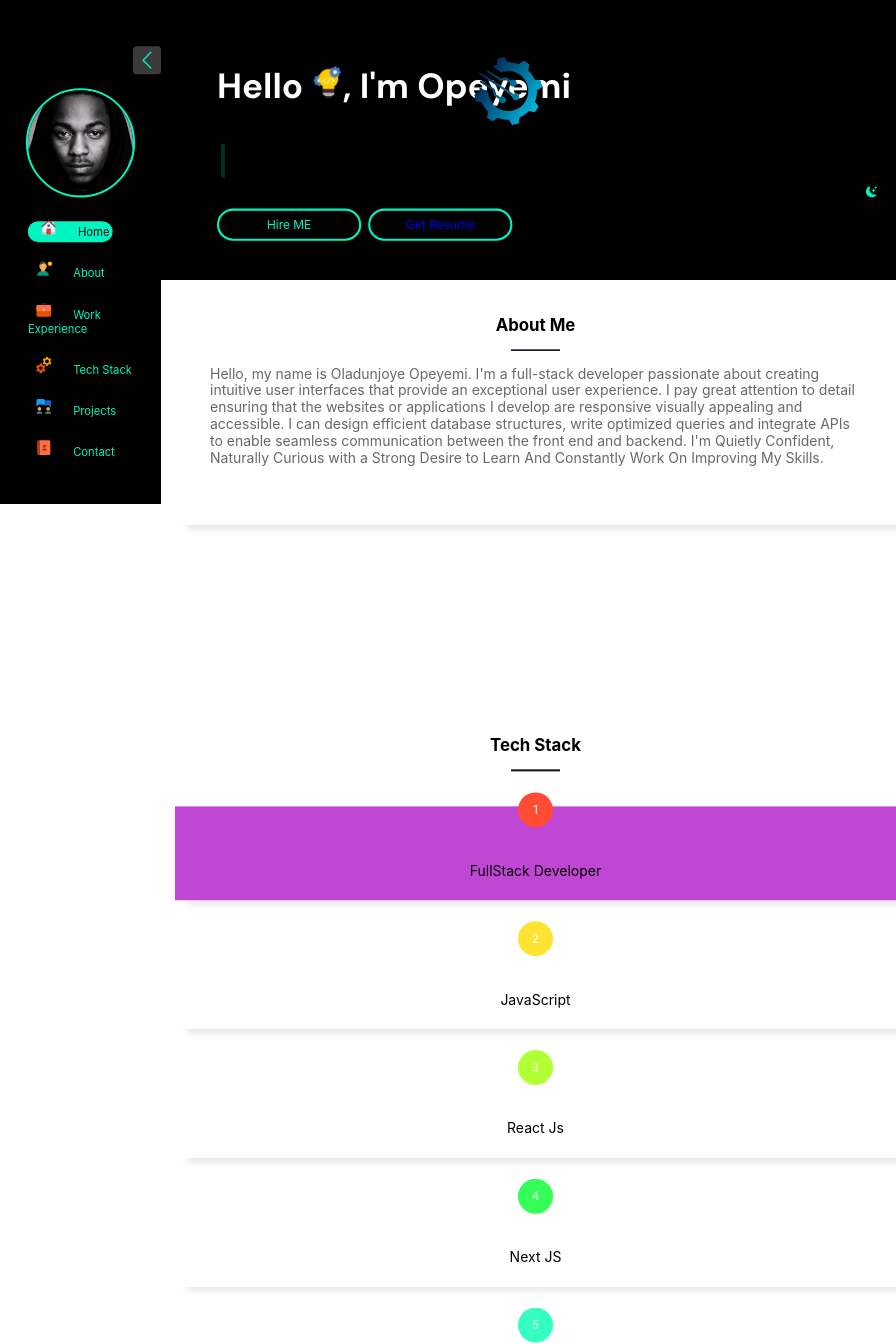
Repository: Laoye99/portfolio
Page: /
These files come from the project's save history. The page is drawn as it stood at one moment and after the next save; the edit follows.
The browser window is 1280 px wide. The pictures show the part of the page from y = 0 to 1920 px (the page is 2877 px tall), at 70% of full size.
The project was rebuilt for these pictures with package versions that can differ from the ones it lists, and the page was loaded fresh each time. Imported but missing from the stored project, and not drawn on this page: src/components/Home/MyResume.pdf.

Above is the page before, as saved 2024-02-15 15:00:44.

### src/App.js
import './App.css';
import { createContext, useState } from 'react';
import ScrollToTop from 'react-scroll-to-top';
import Navbar from './components/SideNav/Navbar';
import Sidebar from './components/SideNav/Sidebar';
import About from './components/About/About';
import TechStack from './components/TechStack/TechStack';

export const ThemeContext = createContext(null);

const App = () => {
  const [theme, setTheme] = useState("light");

  const changeTheme = () => {
    setTheme((prev) => (prev === "light" ? "dark" : "light"));
  };
  return (
    <ThemeContext.Provider value={{ theme, changeTheme }}>
    <div id={theme}>
    <Navbar/>
    <Sidebar changeTheme={changeTheme} theme={theme}/>
    <About/>
    <TechStack/>
    </div>
    <ScrollToTop
    top="200"
    smooth
    height="20"
    width="20"
    color="#00f5c0"
    style={{ borderRadius: "90px ", backgroundColor: "#000000" }}
    />
    </ThemeContext.Provider>
  );
}

export default App;

### src/App.css
::-webkit-scrollbar {
  width: 8px;
  height: auto;
}

::-webkit-scrollbar-track {
  box-shadow: inset 0 0 5px rgb(103, 100, 109);
}

::-webkit-scrollbar-thumb {
  background-color: #121b27;
  border-radius: 5px;
}

::-webkit-scrollbar-thumb:hover {
  background-color: rgba(189, 59, 210, 0.94);
}

#dark {
  background-color: #273746;
  color: #ffffff;
}

### src/components/SideNav/Navbar.js
import { useState } from "react";
import "./Navbar.css";
import {GiHamburgerMenu} from "react-icons/gi";
import { Link } from "react-scroll";
import {
    FcHome,
    FcBriefcase,
    FcContacts,
    FcServices,
    FcCollaboration,
    FcPortraitMode } from "react-icons/fc";

const Navbar = () => {
    const [open, setOpen] = useState(false);

    const handleClick = () => {
        setOpen(!open);
    };
    return(
        <div className="navbar">
        <div className="navbar-header">
        <p>
        <GiHamburgerMenu size={25} onClick={handleClick} />
        </p>
        </div>
        {open ? (
        <div className="nav">
        <ul>
        <li className="nav-item">
        <Link
        to="home"
        spy={true}
        smooth={true}
        duration={100}
        offset={-100}
        >
        <FcHome size={25}/>
        Home
        </Link>
        </li>
        <li className="nav-item">
        <Link
        to="about"
        spy={true}
        smooth={true}
        duration={100}
        offset={-100}
        >
        <FcPortraitMode size={25}/>
        About
        </Link>
        </li>
        <li className="nav-item">
        <Link
        to="project"
        spy={true}
        smooth={true}
        duration={100}
        offset={-100}
        >
        <FcBriefcase  size={25}/>
        Work Experience
        </Link>
        </li>
        <li className="nav-item">
        <Link
        to="stack"
        spy={true}
        smooth={true}
        duration={100}
        offset={-100}
        >
        <FcServices  size={25} />
        Tech Stack
        </Link>
        </li>
        <li className="nav-item">
        <Link
        to="project"
        spy={true}
        smooth={true}
        duration={100}
        offset={-100}
        >
        <FcCollaboration   size={25} />
        Projects
        </Link>
        </li>
        <li className="nav-item">
        <Link
        to="contact"
        spy={true}
        smooth={true}
        duration={100}
        offset={-100}
        >
        <FcContacts size={25}/>
        Contact
        </Link>
        </li>
        </ul>
        </div>
        ) : null}
        </div>
    );
};

export default Navbar;

### src/components/SideNav/Sidebar.js
import { useState } from "react";
import { BsChevronLeft, BsChevronRight } from "react-icons/bs";
import "./Sidebar.css";
import SidebarList from "./SidebarList";
import Home from "../Home/Home";


const Sidebar = ({ theme,changeTheme }) => {
    const [expandSidebar, setExpandSidebar] = useState(true);

    const handleExpandClick = () => {
        setExpandSidebar(!expandSidebar);
    };
    return(
        <div className="container-fluid sidebar-section">
        <div className={expandSidebar ? "sidebar-expand sidebar" : "sidebar"}>
        <div className="icon-sidebar">
        <p onClick={handleExpandClick}>
        {expandSidebar ? (
            <BsChevronLeft size={30} color="#00f5c0"/>
            ) : (
        <BsChevronRight size={30} color="#00f5c0"/>
            )}
        </p>
        </div>
        <SidebarList expandSidebar={expandSidebar} />
        </div>
        <div className="container-fluid">
          <Home changeTheme = {changeTheme} theme = {theme}/>
        </div>

        </div>
    );
};

export default Sidebar;

### src/components/About/About.js
import React from "react";
import ProfilePic from "../../Image/Screenshot (29).png";
import {Fade} from "react-awesome-reveal";
import {Flip} from "react-awesome-reveal";
import './About.css';
const About = () => {
    return(
        <div className="container about-section" id="about">
    <div className="row">
      <div className="col-xl-6 col-lg-6 col-md-12 col-sm-12">
        <div className="about-details">
          <Flip left>
            <div className="about-title">
              <h2>About Me</h2>
              <span className="line"></span>
            </div>
          </Flip>

          <Fade right>
            <p className="description">
              Hello, my name is Oladunjoye Opeyemi.
              I'm a full-stack developer
              passionate about creating intuitive
              user interfaces that provide
              an exceptional user experience.
              I pay great attention to detail
              ensuring that the websites or applications
              I develop are responsive
              visually appealing and accessible.
              I can design efficient database
              structures, write optimized queries
              and integrate APIs to enable
              seamless communication between
              the front end and backend.
              I'm Quietly Confident, Naturally Curious
               with a Strong Desire to
              Learn And Constantly Work On Improving My Skills.
            </p>
          </Fade>
        </div>
      </div>
    </div>
  </div>
    )
};

export default About;

### src/components/TechStack/TechStack.js
import React, { useState } from "react";
import "./TechStack.css";
import { Fade } from "react-awesome-reveal";
import { Zoom } from "react-awesome-reveal";


const TechStack = () => {
    const data = [
        {
          name: "FullStack Developer",
        },

        {
          name: "JavaScript",
        },
        {
          name: "React Js",
        },
        {
          name: "Next JS",
        },
        {
          name: "CSS",
        },
        {
          name: "HTML5",
        },
        {
          name: "BootStrap",
        },
        {
          name: "TailwindCSS",
        },
        {
          name: "React Native",
        },
        {
          name: "Vanilla JS",
        },
        {
          name: "SCSS",
        },
        {
          name: "Git",
        },
        {
          name: "GitHub",
        },
        {
          name: "Java",
        },
        {
          name: "Springboot",
        },
        {
          name: "Servlet",
        },
        {
          name: "Maven",
        },
        {
          name: "Eclipse IDE",
        },
        {
            name: "IntelliJ IDE",
        },
        {
            name: "MySQL",
        },
        {
            name: "Postman",
        },
        {
            name: "MySQL",
        },
        {
            name: "Tomcat",
        },
      ];

      const colors = [
        "#FF4C33",
        "#FFE333",
        "#B2FF33",
        "#33FF58",
        "#33FFC1",
        "#33CAFF",
        "#3355FF",
        "#9333FF",
        "#F033FF",
        "#FF33C4",
        "#FF3386",
        "#FF334C",
        "#33FF42",
        "#FF3633",
        "#9C33FF",
        "#33FFF6",
        "#33FF58",
        "#FF33C4",
        "#034694",
        "#5A0394",
        "#940303",
        "#944403",
        "#449403",
        "#03945C"
      ];

      const [showMoreTechStack, setMoreTechStack] = useState(9);

      const loadMore = () => {
        setMoreTechStack((prev) => prev + 3);
      };
      return (
        <div className="container techstack-section" id="stack">
      <div className="section-title">
        <h2>Tech Stack</h2>
        <span className="line"></span>
      </div>

      <div className="row">
        {data.slice(0, showMoreTechStack).map((item, index) => (
          <Fade right>
            <div className="col-xl-4 col-lg-4 col-md-6 col-sm-12" key={index}>
              <div
                className={
                  index === 0
                    ? "tech-content-marked tech-content"
                    : "tech-content"
                }
              >
                <span
                  className="tech-number"
                  style={{ backgroundColor: colors[index] }}
                >
                  {index + 1}
                </span>
                <p>{item.name}</p>
              </div>
            </div>
          </Fade>
        ))}
      </div>

      {showMoreTechStack >= data.length ? null : (
        <Zoom>
          <span className="load-more" onClick={loadMore}>
            Load More
          </span>
        </Zoom>
      )}
    </div>
      );
};

export default TechStack;

### src/components/SideNav/Navbar.css
.navbar {
    position: sticky;
    top: 0;
    z-index: 1;
  }

  .navbar-header {
    width: 100%;
    background-color: #00f5c0;
    color: #000000;
    padding: 5px;
  }

  .navbar-header p svg {
    margin-left: 10px;
    cursor: pointer;
    margin-top: 20px;
    margin-right: 5px;
  }

  .nav {
    height: auto;
    width: 210px;
    background-color: #000000;
    margin-top: 30px;
    padding-top: 10px;
    padding-bottom: 10px;
  }

  .nav ul li {
    color: #000000;
    list-style-type: none;
    cursor: pointer;
    text-decoration: none;
    margin-top: 30px;
  }

  .nav ul li a {
    text-decoration: none;
    color: #00f5c0;
  }

  .nav-item .active {
    color: #000000;
    background-color: #00f5c0;
    border-radius: 90px;
    padding: 5px;
    width: 100%;
  }

  @media (min-width: 1000px) {
    .navbar {
      display: none;
    }
  }

### src/components/SideNav/Sidebar.css
.sidebar-section {
    display: flex;
    background-color: #000000;
  }

  .sidebar {
    height: 100vh;
    background-color: #000000;
    width: 95px;
    position: fixed;
  }

  .sidebar-expand {
    width: 230px;
  }

  .container-fluid {
    padding-left: 0px !important;
    padding-right: 0px !important;
    overflow: hidden;
  }

  .icon-sidebar {
    display: flex;
    align-items: right;
    justify-content: right;
    cursor: pointer;
  }

  .icon-sidebar p svg {
    background-color: #3b3b3b;
    padding: 5px;
    color: #00f5c0;
    border-radius: 5px;
    margin-top: 50px;
  }

  @media (max-width: 1000px) {
    .sidebar {
      display: none;
    }
  }

### src/components/Home/Home.js
import React from 'react';
import Typewriter from 'typewriter-effect';
import { BsFillMoonStarsFill, BsSun } from 'react-icons/bs';
import { Fade } from 'react-awesome-reveal';
import concept from "../../Image/concept.png";
import automation from "../../Image/automation.png";
import "./Home.css";
import MyCv from './MyResume.pdf';



const Home = ({theme, changeTheme}) => {
    return(
        <div className='container-fluid home' id="home">
        <div  className='theme-change' onClick={changeTheme}>
        {theme === "light" ? (
            <p>
            <BsFillMoonStarsFill />{" "}
            </p>
            ) : (
                <p className='sun-light-icon'>
                <BsSun/>
                </p>
            )}
        </div>

        <div className='container home-content'>
        <Fade right>
        <h1>
        Hello <img alt='vector' src={concept}/>, I'm Opeyemi
        </h1>

        <h2>
        <Typewriter
        options={{
            strings: [
              "Frontend Developer",
              "Backend Developer",
              "Software Engineer",
            ],
            autoStart: true,
            loop: true,
            delay: 5,
          }}
        />
        </h2>
        </Fade>

        <Fade bottom>
        <div className='button-for-action'>
        <div className='hire-me-button'>Hire ME</div>
        <div className="get-resume-button">
              <a href={MyCv} download="Opeyemi_cv">
                Get Resume
              </a>
            </div>
        </div>
        </Fade>
        <img className='automation' alt='automation' src={automation}/>
        </div>
        </div>
    )

};

export default Home;

### src/components/About/About.css
.about-section {
    box-shadow: 15px 9px 9px -2px rgba(230, 224, 244, 0.86);
    -webkit-box-shadow: 15px 9px 9px -2px rgba(230, 224, 224, 0.86);
    -moz-box-shadow: 15px 9px 9px -2px rgba(230, 224, 224, 0.86);

    margin-top: 50px;
    height: 300px;
    margin-left: 250px;
    padding: 0px 50px;
  }

  #dark .about-section {
    box-shadow: none;
    background-color: #17202a;
    box-shadow: -6px 11px 5px -4px rgba(0, 0, 0, 0.42);
    -webkit-box-shadow: -6px 11px 5px -4px rgba(0, 0, 0, 0.42);
    -moz-box-shadow: -6px 11px 5px -4px rgba(0, 0, 0, 0.42);
  }


  #dark .about-image img {
    border: 5px solid #ffffff;
  }

  .about-details {
    margin-top: 50px;
  }

  .about-title h2 {
    text-align: center;
  }
  .description {
    font-size: 20px;
    color: #686868;
  }

  #dark .description {
    color: #ffffff;
  }

  .line {
    display: block;
    width: 70px;
    height: 3px;
    margin: 1px auto;
    background-color: #121b27;
  }

  #dark .line {
    background-color: #ffffff;
  }

  @media (max-width: 1000px) {
    .about-image {
      display: none;
    }
    .about-section {
      margin: 50px auto;
      height: auto;
    }
  }

### src/components/TechStack/TechStack.css
.techstack-section {
    margin-top: 300px;
    height: auto;
    margin-bottom: 40px;
    margin-left: 250px;
  }

  .section-title h2 {
    text-align: center;
  }

  .tech-content {
    padding: 10px;
    color: #000;
    margin-top: 50px;
    box-shadow: 15px 9px 9px -2px rgba(230, 224, 244, 0.86);
    -webkit-box-shadow: 15px 9px 9px -2px rgba(230, 224, 224, 0.86);
    -moz-box-shadow: 15px 9px 9px -2px rgba(230, 224, 224, 0.86);
  }

  #dark .tech-content {
    background-color: #03945c;
    color: #ffffff;
    box-shadow: -6px 11px 5px -4px rgba(0, 0, 0, 0.42);
    -webkit-box-shadow: -6px 11px 5px -4px rgba(0, 0, 0, 0.42);
    -moz-box-shadow: -6px 11px 5px -4px rgba(0, 0, 0, 0.42);
  }

  #dark .tech-content:hover {
    background-color: #121b27;
    transition-duration: 1s;
  }

  .tech-content-marked {
    background-color: rgba(189, 59, 210, 0.94);
  }

  .tech-content p {
    text-align: center;
    padding-top: 30px;
    font-size: 20px;
  }

  .tech-content:hover {
    background-color: #121b27;
    color: #fff;
    cursor: pointer;
    transition-duration: 1s;

    box-shadow: -6px 11px 5px -4px rgba(0, 0, 0, 0.42);
    -webkit-box-shadow: -6px 11px 5px -4px rgba(0, 0, 0, 0.42);
    -moz-box-shadow: -6px 11px 5px -4px rgba(0, 0, 0, 0.42);
  }

  .tech-number {
    border-radius: 90px;
    height: 50px;
    width: 50px;
    color: #fff;
    text-align: center;
    align-items: center;
    justify-content: center;
    display: block;
    margin: 0 auto;
    margin-top: -30px;
    line-height: 50px;
  }

  .load-more {
    background-color: #121b27;
    width: 150px;
    padding: 10px;
    color: #ffffff;
    text-align: center;
    justify-content: center;
    cursor: pointer;
    display: table;
    margin-left: auto;
    margin-right: auto;
    margin-top: 35px;
    border-radius: 5px;
    margin-bottom: 40px;
    font-size: 20px;
  }

  #dark .load-more {
    background-color: #17202a;
  }

  .load-more:hover {
    background-color: rgba(189, 59, 210, 0.94);
    transition-duration: 1s;
  }
  #dark .load-more:hover {
    background-color: #121b27;
    transition-duration: 1s;
  }

  @media (max-width: 1000px) {
    .techstack-section {
      margin: 50px auto;
    }
  }

### src/components/SideNav/SidebarList.css
.sidebar-profile-pic img {
    border-radius: 90px;
    margin-top: 10px;
    height: 150px;
    width: 150px;
    display: flex;
    vertical-align: middle;
    margin: 0 auto;
    object-fit: cover;
    border: 3px solid #00f5c0;
  }

  .navbar-items ul li {
    color: #00f5c0;
    list-style-type: none;
    cursor: pointer;
    margin-top: 30px;
  }

  .navbar-items ul li svg {
    margin-right: 25px;
    margin-left: 10px;
  }

  .navbar-items-only-icons ul li {
    margin-top: 30px;
    cursor: pointer;
    list-style-type: none;
  }

  .navbar-items-only-icons ul li svg {
    margin-left: 10px;
  }

  .navbar-items ul li a {
    text-decoration: none;
  }
  .nav-item .active {
    border-left: 2px solid #00f5c0;
    color: #000000;
  }

### src/components/Home/Home.css
@import url("https://fonts.googleapis.com/css2?family=DM+Sans:wght@700&display=swap");

.home {
  height: 400px;
  background-color: #000000;
  color: #00f5c0;

}

.home-content {
  padding: 10px;
  margin-top: 30px;
  margin-left: 300px;
  position: relative;
}
/* rgba(189, 59, 210, 0.94) */

.home-content h1 {
  font-family: DM Sans;
  font-size: 50px;
  font-weight: 700;
  line-height: 6.2rem;
  color: #ffffff;
}

.home-content h1 img {
  width: 45px;
}

.home-content h2 {
  margin-top: 20px;
  color: #00f5c0;
  font-size: 40px;
}

.button-for-action {
  display: flex;
}

.hire-me-button {
  background-color: #000000;
  text-align: center;
  width: 180px;
  padding: 10px;
  border-radius: 90px;
  border: 3px solid #00f5c0;
  cursor: pointer;
  margin-top: 10px;
  font-size: 17px;
}

.hire-me-button:hover {
  background-color: #00f5c0;
  width: 250px;
  color: #000;
  transition-duration: 1s;
  font-size: 20px;
}
.get-resume-button {
  background-color: #000000;
  text-align: center;
  width: 180px;
  padding: 10px;
  border-radius: 90px;
  border: 3px solid #00f5c0;
  cursor: pointer;
  margin-top: 10px;
  margin-left: 10px;
  font-size: 17px;
}

.get-resume-button:hover {
  background-color: #00f5c0;
  width: 250px;
  color: #000;
  transition-duration: 1s;
  font-size: 20px;
}

.get-resume-button a {
  text-decoration: none;
}

.automation {
  position: absolute;
  margin: 50px;
  right: 0;
  top: 0;
  height: 100px;
  animation: rotation infinite 5s linear;
}

@media (max-width: 450px) {
  .automation {
    bottom: 0;
  }
}

.theme-change {
  justify-content: center;
  height: 50px;
  width: 50px;
  background-color: #000000;
  right: 0;
  margin-right: 10px;
  text-align: center;
  vertical-align: middle;
  line-height: 20px;
  position: fixed;
  top: 150;
  margin-top: 250px;
  border-radius: 5px;
  cursor: pointer;
  z-index: 1;
}

.sun-light-icon {
  animation: rotation infinite 5s linear;
}

@keyframes rotation {
  from {
    transform: rotate(0deg);
  }

  to {
    transform: rotate(360deg);
  }
}
@media (max-width: 1000px) {
  .home {
    top: 0;
  }
  .home-content {
    margin: 30px auto;
  }
}

Loaded but not shown: public/index.html (common file); src/index.js (common file); src/index.css (common file); src/reportWebVitals.js (common file); src/components/SideNav/SidebarList.js (169 lines, source omitted)

After the next save:
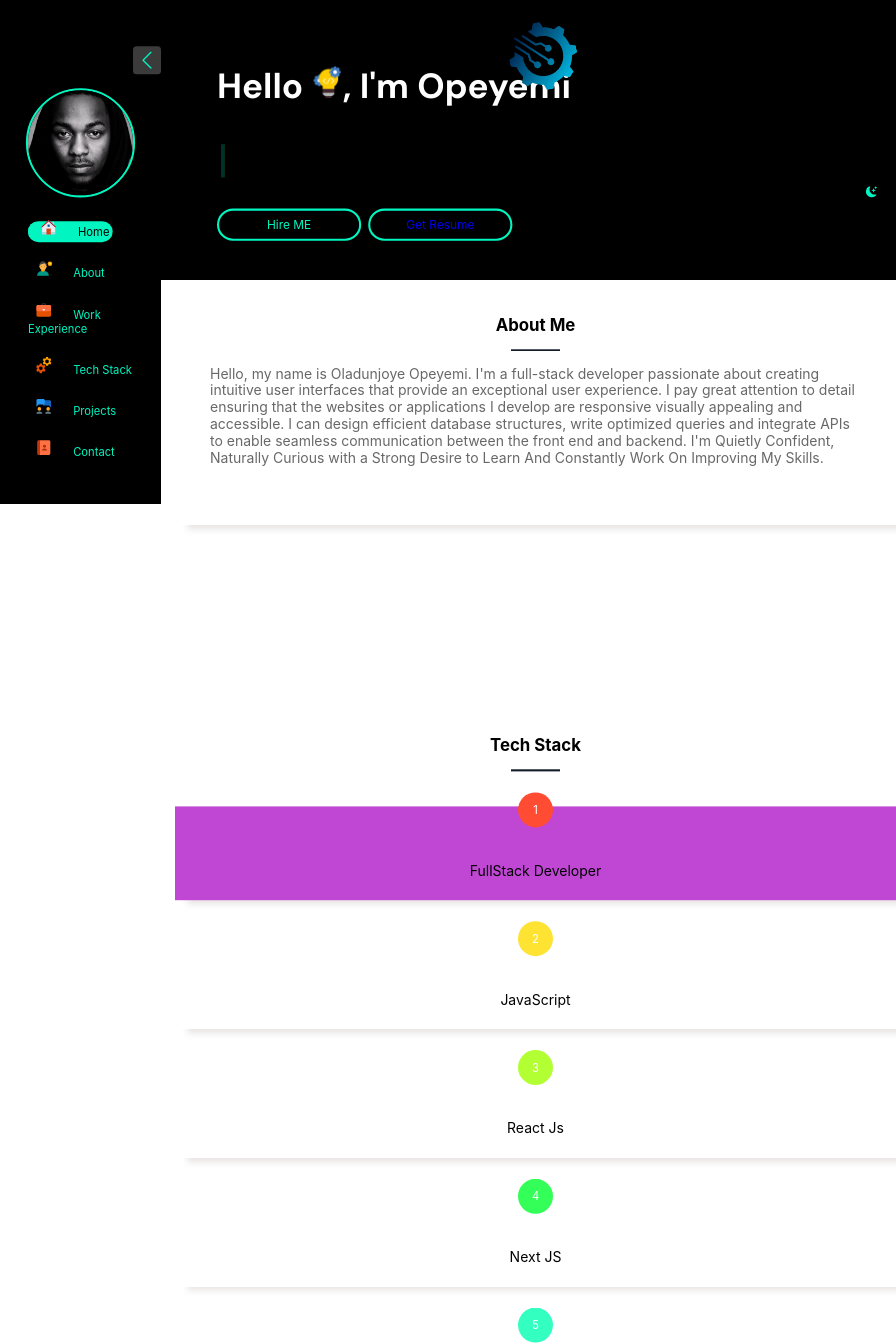
Saved 13 s later.
--- a/src/components/Home/Home.css
+++ b/src/components/Home/Home.css
@@ -83,7 +83,6 @@
 
 .automation {
   position: absolute;
-  margin: 50px;
   right: 0;
   top: 0;
   height: 100px;
